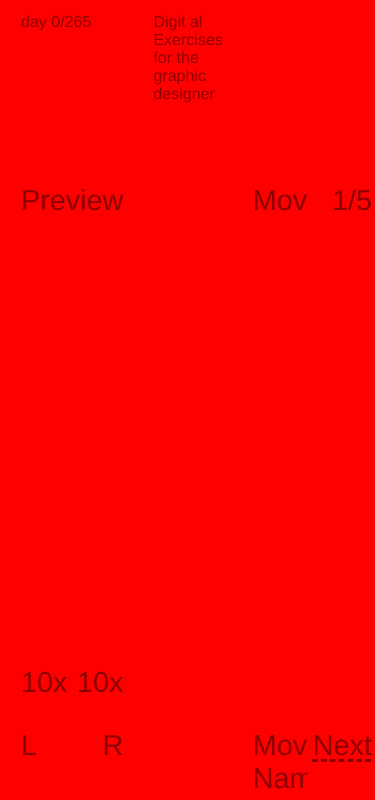
Repository: NoIdeasStudio/holiday-card-2024
Page: digit-al-exercises.html
These files come from the project's save history. The page is drawn as it stood at one moment and after the next save; the edit follows.
The browser window is 375 px wide. The pictures show the whole page.

Above is the page before, as saved 2024-12-04 13:01:15.

### digit-al-exercises.html
<!DOCTYPE html>
<html lang="en">
<head>
    <meta charset="UTF-8">
    <meta name="viewport" content="width=device-width, initial-scale=1.0">
    <title>digit-al exercises</title>
    <link rel="stylesheet" href="style.css">
</head>
<body>

    <div class="wrapper">
        <header class="small-text header-1">day 0/265</header>
        <header class="small-text header-2">Digit al Exercises for the graphic designer</header>

        <content class="large-text content-header-1">Preview</content>
        <content class="large-text content-header-2">Movement</content>
        <content class="large-text content-header-3"><a href="http://"></a>1/5</content>

        <footer class="large-text content-footer-1">10x 10x</footer>
        <footer class="large-text content-footer-2">L R</footer>
        <footer class="large-text content-footer-3">Movement Name</footer>
        <footer class="large-text content-footer-4"><a href="http://">Next</a></footer>

      </div>

</body>
</html>

### style.css
* {
    box-sizing: border-box;
    background-color: #FF0000;
    color: #8D0000;
  }

  .wrapper {
    height: 100vh;
    width: 100vw;
    position: fixed;
    margin: 0 auto;
    display: grid;
    grid-template-columns: repeat(6, [col-start] 4fr);
    grid-template-rows: repeat(12, [row-start] 4fr);
    gap: 20px;
    padding-left: .5rem;
    padding-right: 1.5rem;
    padding-bottom: .5rem;
  }

  .wrapper > * {
    padding: 5px;
  }

  .large-text{
    font: 1.8em Helvetica, arial, sans-serif;
  }
  .small-text{
    font: 1em Helvetica, arial, sans-serif;
  }
  a{
    text-decoration: underline dashed ;
    text-underline-offset: .15em;
  }
  .header-1{
    grid-column: col-start 1 / span 1;
    grid-row: 1 / 1;
  }
  .header-2{
    grid-column: col-start 2 / span 1;
    grid-row: 1 / 1;
  }
  .content-header-1{
    grid-column: col-start 1 / span 1;
    grid-row: 2 ;
  }
  .content-header-2{
    grid-column: col-start 3 / span 2;
    grid-row: 2 ;
  }
  .content-header-3{
    grid-column: col-start 5 / span 2;
    grid-row: 2 ;
    text-align: right;
  }

  .content-footer-1{
    grid-column: col-start 1 / span 1;
    grid-row: 11 ;
    text-align-last: justify;
  }
  .content-footer-2{
    grid-column: col-start 1 / span 1;
    grid-row: 12 ;
    text-align-last: justify;
  }
  .content-footer-3{
    grid-column: col-start 3 / span 2;
    grid-row: 12 ;
  }
  .content-footer-4{
    grid-column: col-start 5 / span 2;
    grid-row: 12 ;
    text-align: right;
  }



  @media (max-width: 500px) {
    .wrapper {
        height: 100vh;
        width: 100vw;
        position: fixed;
        margin: 0 auto;
        display: grid;
        grid-template-columns: repeat(3, [col-start] 4fr);
        grid-template-rows: repeat(3, [row-start] 4fr);
        gap: 20px;
        padding-left: .5rem;
        padding-right: 1.5rem;
        padding-bottom: .5rem;
  }

  /* @media (min-width: 700px) {
    .wrapper {
      grid-template-columns: 1fr 4fr 1fr;
      grid-template-areas:
        "header header  header"
        "nav    content sidebar"
        "nav    content ad"
        "footer footer  footer";
    }
    nav ul {
      flex-direction: column;
    }
  } */

After the next save:
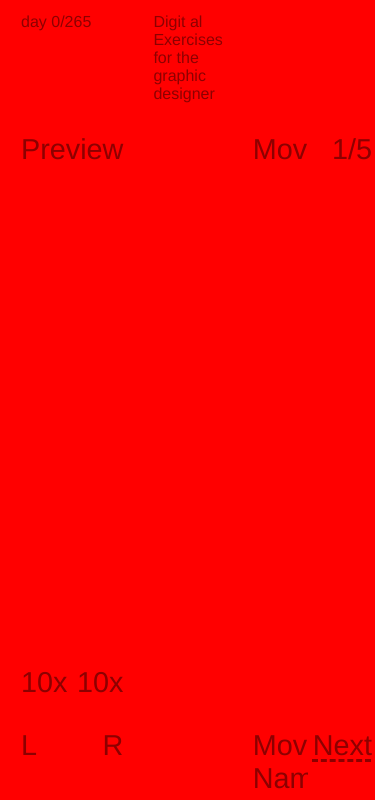
Saved 29 s later.
--- a/style.css
+++ b/style.css
@@ -84,7 +84,7 @@
         margin: 0 auto;
         display: grid;
         grid-template-columns: repeat(3, [col-start] 4fr);
-        grid-template-rows: repeat(3, [row-start] 4fr);
+        grid-template-rows: repeat(6, [row-start] 4fr);
         gap: 20px;
         padding-left: .5rem;
         padding-right: 1.5rem;
